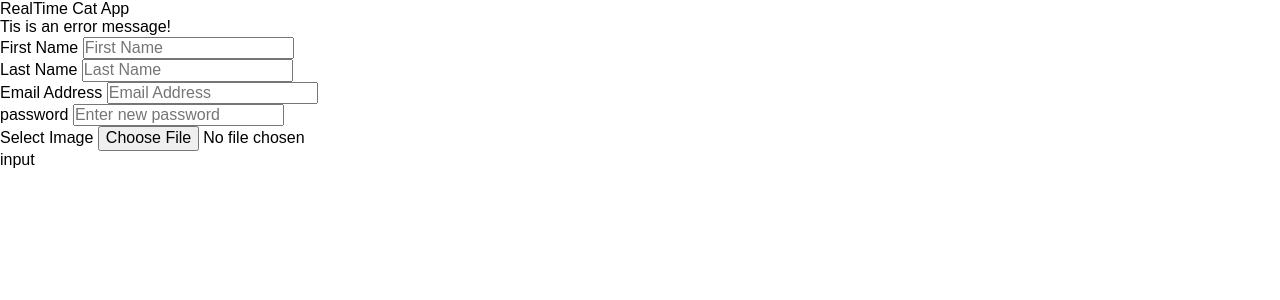
Repository: OmarEssameldinMousa/Chat-Application
Page: index.html
These files come from the project's save history. The page is drawn as it stood at one moment and after the next save; the edit follows.
The browser window is 1280 px wide. The pictures show the whole page.

Above is the page before, as saved 2023-09-21 08:53:01.

### index.html
<!DOCTYPE html>
<html lang="en">

<head>
    <meta charset="UTF-8">
    <meta name="viewport" content="width=device-width, initial-scale=1.0">
    <title>Realtime Chat App</title>
    <link rel="stylesheet" href="css/normalize.css">
    <link rel="stylesheet" href="css/all.min.css">
    <link rel="stylesheet" href="css/style.css">
</head>

<body>
    <div class="wrapper">
        <section class="form signup">
            <header>RealTime Cat App</header>
            <form action="#">
                <div class="error-text">Tis is an error message!</div>
                <div class="name-details">

                    <div class="field">
                        <label for="">First Name</label>
                        <input type="text" placeholder="First Name">
                    </div>

                    <div class="field">
                        <label for="">Last Name</label>
                        <input type="text" placeholder="Last Name">
                    </div>
                </div>

                <div class="field">
                    <label for="">Email Address</label>
                    <input type="text" placeholder="Email Address">
                </div>

                <div class="field">
                    <label for="">password</label>
                    <input type="text" placeholder="Enter new password">
                </div>

                <div class="field">
                    <label for="">Select Image</label>
                    <input type="file">
                </div>

                <div class="field">
                    input
                </div>

            </form>
        </section>
    </div>
</body>

</html>

### css/style.css
* {
    margin: 0;
    padding: 0;
    box-sizing: border-box;
    text-decoration: none;
    font-family: 'Poppins', sans-serif;
}

Loaded but not shown: css/normalize.css (library); css/all.min.css (library)

After the next save:
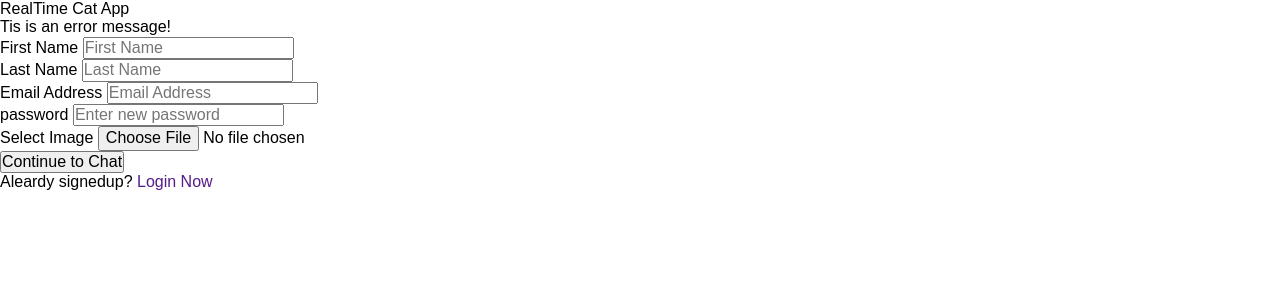
Saved 89 s later.
--- a/index.html
+++ b/index.html
@@ -33,22 +33,19 @@
                     <label for="">Email Address</label>
                     <input type="text" placeholder="Email Address">
                 </div>
-
                 <div class="field">
                     <label for="">password</label>
                     <input type="text" placeholder="Enter new password">
                 </div>
-
                 <div class="field">
                     <label for="">Select Image</label>
                     <input type="file">
                 </div>
-
                 <div class="field">
-                    input
+                    <input type="submit" value="Continue to Chat">
                 </div>
-
             </form>
+            <div class="link">Aleardy signedup? <a href="">Login Now</a></div>
         </section>
     </div>
 </body>
